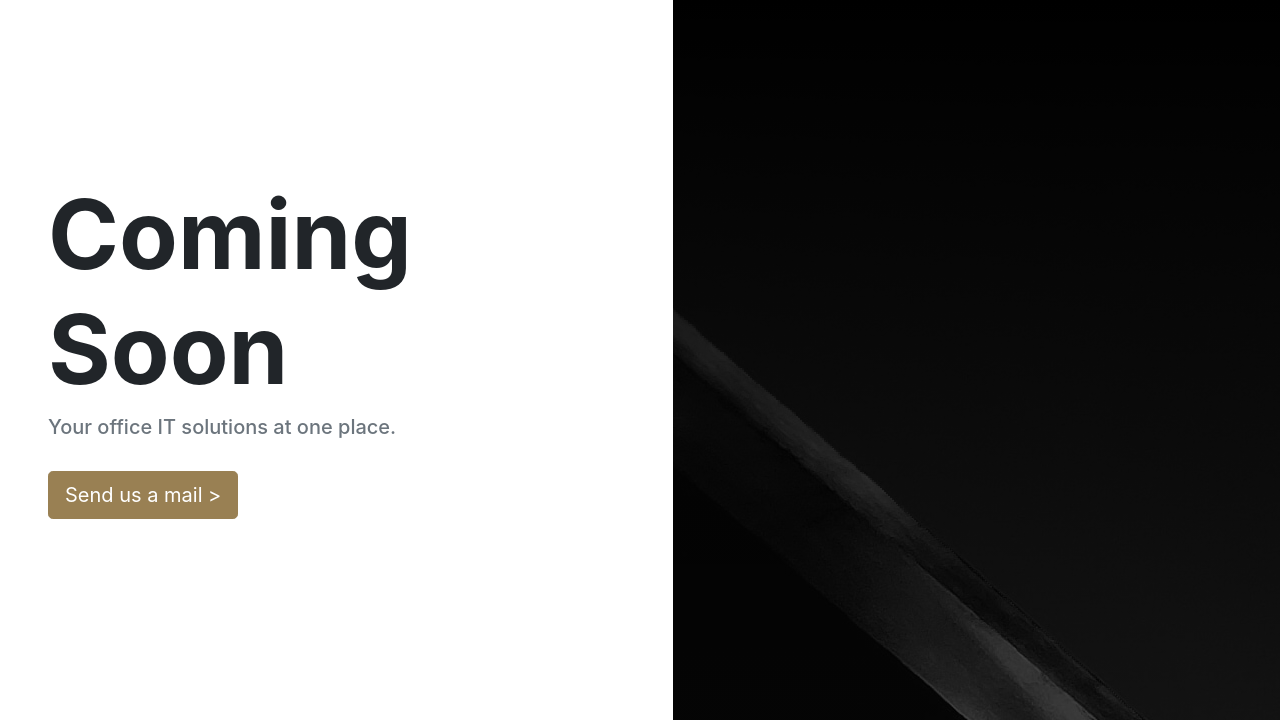
Repository: Thekxgh/website
Page: /
These files come from the project's save history. The page is drawn as it stood at one moment and after the next save; the edit follows.
The browser window is 1280 px wide. The pictures show the whole page.
The project was rebuilt for these pictures with package versions that can differ from the ones it lists, and the page was loaded fresh each time.

Above is the page before, as saved 2021-07-14 09:53:34.

### src/index.scss
$primary: #998053;
$dark: #050507;
$light-primary-bg: #DDDEE7;
$light-primary: #DDDEE7;
$theme-colors: (
    "primary": $primary,
    "info": $light-primary,
    "danger": teal,
    "dark": $dark
);

@import '~bootstrap/scss/bootstrap.scss';

.side-img{
 background: linear-gradient(rgba(0, 0, 0, 2), rgba(0, 0, 0, 0.7) ), url('./assets/img/background.jpg') no-repeat;
 min-height: 100vh;
}

### src/App.tsx
import React from 'react';
import { LandingPage } from './presentation/LandingPage';

function App() {
  return (
    <LandingPage />
  );
}

export default App;

### src/presentation/LandingPage.tsx
import { Col, Container, Row } from "react-bootstrap"

export const LandingPage = () => {
    return (
    <Container fluid>
        <Row className="min-vh-100 align-items-center">
            <Col className="p-5">
                <h1 className="display-1 font-weight-bold">Coming Soon</h1>
                <h5 className="text-muted">Your office IT solutions at one place.</h5>
                <a className="btn btn-primary btn-lg my-4" href="mailto:contact@thekxgh.com"> Send us a mail {'>'} </a>
            </Col>
            <Col className="side-img min-vh-100">

            </Col>
        </Row>
    </Container>
    );
}

Loaded but not shown: public/index.html (common file); src/index.tsx (common file)

After the next save:
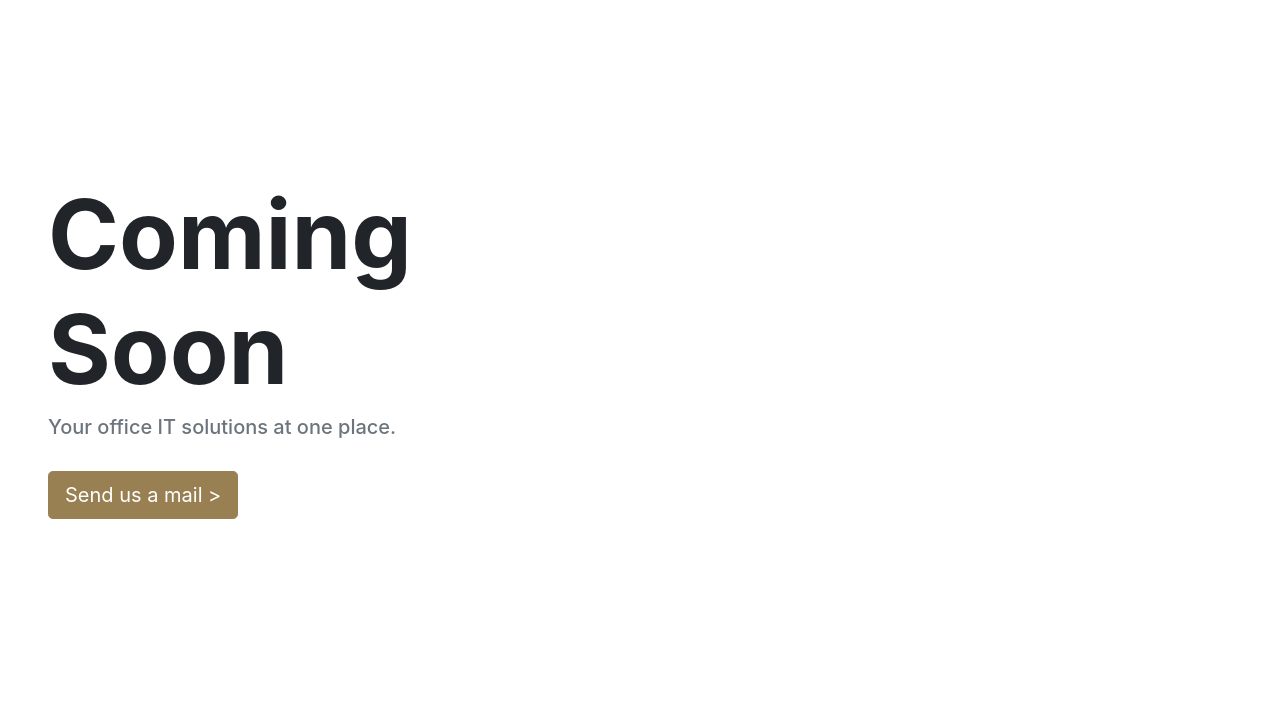
Saved 8 s later.
--- a/src/index.scss
+++ b/src/index.scss
@@ -12,6 +12,6 @@
 @import '~bootstrap/scss/bootstrap.scss';
 
 .side-img{
- background: linear-gradient(rgba(0, 0, 0, 2), rgba(0, 0, 0, 0.7) ), url('./assets/img/background.jpg') no-repeat;
+ background: linear-gradient(rgba(0, 0, 0, 2), rgba(0, 0, 0, 0.7) ), url('./assets/img/background.jpg') no-repeat cover;
  min-height: 100vh;
 }

After the save that followed:
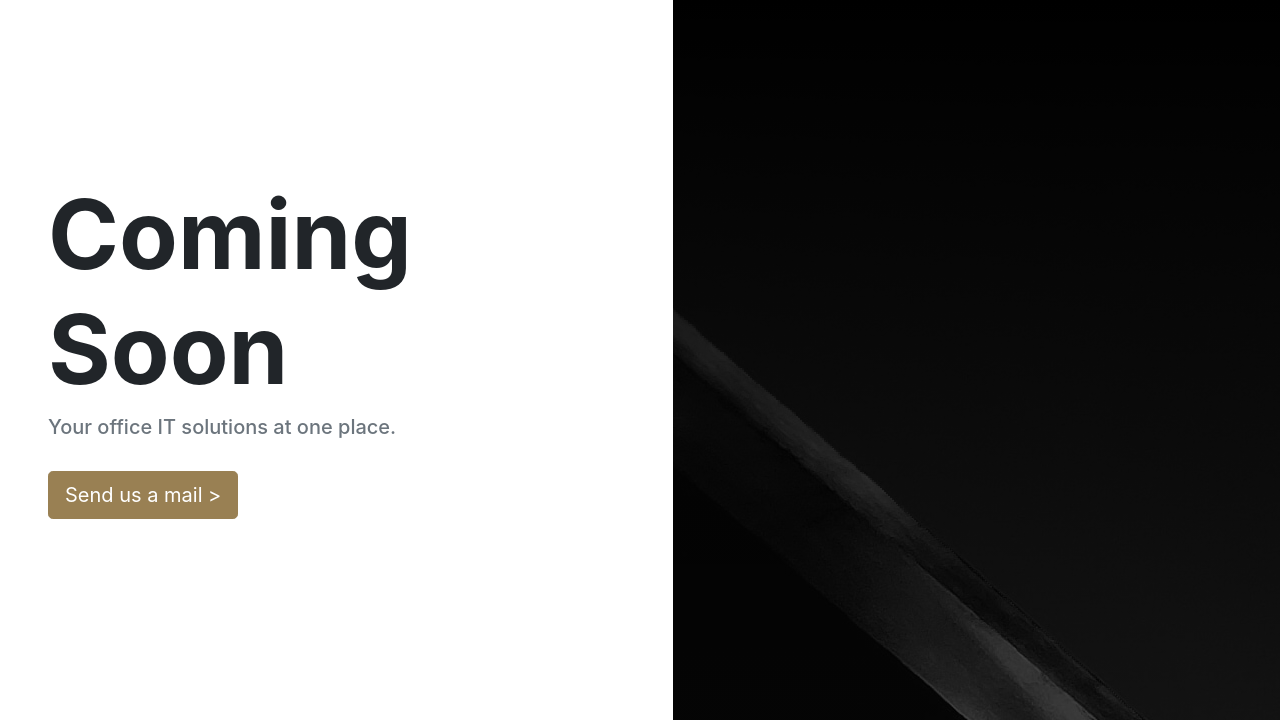
Saved 5 s later.
--- a/src/index.scss
+++ b/src/index.scss
@@ -12,6 +12,6 @@
 @import '~bootstrap/scss/bootstrap.scss';
 
 .side-img{
- background: linear-gradient(rgba(0, 0, 0, 2), rgba(0, 0, 0, 0.7) ), url('./assets/img/background.jpg') no-repeat cover;
+ background: linear-gradient(rgba(0, 0, 0, 2), rgba(0, 0, 0, 0.7) ), url('./assets/img/background.jpg') no-repeat;
  min-height: 100vh;
 }
